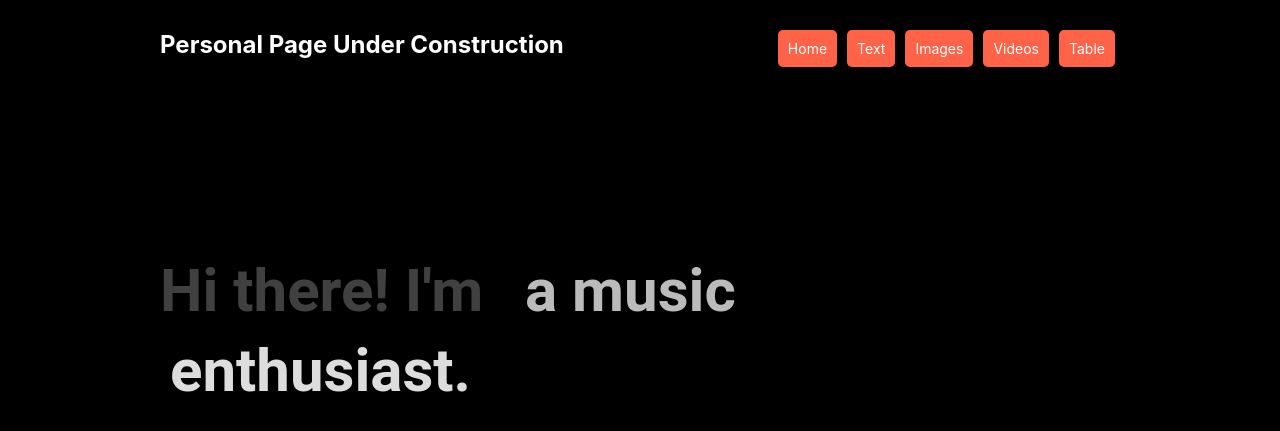
Repository: luhan68/personal_website
Page: index.html
An editor plug-in stored every save of this project. The page is shown before and after the next save, followed by the edit.
The browser window is 1280 px wide. The pictures show the whole page.

Above is the page before, as saved 2021-01-30 12:31:06.

### index.html
<div class="container">
    <link href='style.css' rel='stylesheet' type='text/css'>
    <div class="nav">
        <div class="nav-bar">
            <ul>
                <li><a href="index.html">Home</a></li>
                <li><a href="text.html">Text</a></li>
                <li><a href="image.html">Images</a></li>
                <li><a href="video.html">Videos</a></li>
                <li><a href="table.html">Table</a></li>
            </ul>

        </div>
    </div>

    <h2 class="title">Personal Page Under Construction</h2>

<!-- Here for the design idea, I referred to Paul's cool animation design on codepen and fixed a few display width bugs: https://codepen.io/paulvddool/pen/yYeeVE -->

    <div id="container">
        <div id="text">
            <h1 class="gray">Hi there! I'm</h1>
        </div>
        <div id="first">
            <ul>
                <li><h1 class="silver">Lu.</h1></li>
                <li><h1 class="lightgray">a music</h1></li>
                <li><h1 class="lightgray">a user -</h1></li>
            </ul>
        </div>
        <div id="second">
            <ul>
                <li><h1 class="lightergray">enthusiast.</h1></li>
                <li><h1 class="lightergray">composer.</h1></li>
                <li><h1 class="lightergray">panist.</h1></li>
                <li><h1 class="lightergray">DJ.</h1></li>
                <li><h1 class="lightergray">story lover.</h1></li>
                <li><h1 class="lightergray">designer.</h1></li>
            </ul>
        </div>
    </div>

</div>



<div id="fb-root"></div>
<script async defer crossorigin="anonymous" src="https://connect.facebook.net/en_US/sdk.js#xfbml=1&version=v6.0&appId=2126666884255373&autoLogAppEvents=1"></script>

### style.css
* {
    margin: 0;
    padding: 0;
}

body  {
    background-color: black;
    color: white;
    font-family: -apple-system, BlinkMacSystemFont, 'Segoe UI', Roboto, Oxygen, Ubuntu, Cantarell, 'Open Sans', 'Helvetica Neue', sans-serif;
}

.container {
    width: 75vw;
    margin: 0 auto;
    margin-top: 10px;

}

.nav {
    width: 100%;
}

.logo {
    float: left;
    width: 120px;
  margin: 0;
  padding: 0;
}

.nav-bar {
    float: right;
}

.nav-bar ul li {
    float: left;
    list-style-type: none;
    padding: 10px;
    margin: 0 5px;
    background-color: tomato;
    font-size: 14px;
    border-radius: 5px;

    transition: all 0.5s ease-out;
}

.nav-bar ul li:hover {
    background-color: wheat;
}

a {
    color: white;
    text-decoration: none;
}


.title {
text-align: left;
margin: 30px 0;
}

.myVideo {
text-align: center;
}

.myVideo iframe {
margin: 20px 20px;
}

.fb-like {
margin-bottom: 30px;
}

.footer {
width: 100%;
background-color: #333;
text-align: center;
padding: 20px 0;
margin-top: 50px;
}


input[type=text], select, textarea {
    width: 100%; /* Full width */
    padding: 12px; /* Some padding */
    border: 1px solid #ccc; /* Gray border */
    border-radius: 4px; /* Rounded borders */
    box-sizing: border-box; /* Make sure that padding and width stays in place */
    margin-top: 6px; /* Add a top margin */
    margin-bottom: 16px; /* Bottom margin */
    resize: vertical /* Allow the user to vertically resize the textarea (not horizontally) */
  }

  input[type=submit] {
    background-color: #a73012;
    color: white;
    padding: 12px 20px;
    border: none;
    border-radius: 4px;
    cursor: pointer;
  }

  input[type=submit]:hover {
    background-color: #d10c0c;
  }


  .myGallery {
    display: grid;
    grid-gap: 20px;
    grid-template-columns: repeat(auto-fit, minmax(175px, 1fr));
  }

  .myGallery img {
    width: 100%;
  }


table {
    font-family: Arial, Helvetica, sans-serif;
    border-collapse: collapse;
    width: 100%;
  }

table td, table th {
    border: 1px solid rgb(34, 33, 33);
    padding: 8px;
  }

table tr:nth-child(even){background-color: #110f0f;}

table tr:hover {background-color: rgb(46, 43, 43);}

table th {
    padding-top: 12px;
    padding-bottom: 12px;
    text-align: left;
    background-color: #350901;
    color: white;
  }


  p,
label {
    font: 1rem 'Fira Sans', sans-serif;
}

input {
    margin: .4rem;
}


/* I refer to Paul's cool animation design on codepen and fix a few display width bugs: https://codepen.io/paulvddool/pen/yYeeVE */

#container {
	display: block;
	margin: 20% auto;
	height: 80px;
	width: auto;
}
@media screen and (max-width: 1080px) {
	#container {
		box-sizing: border-box;
		-moz-box-sizing: border-box;
		padding: 0px;
		width: 100%;
	}
}
@keyframes animateOnce {
	0% { transform: translateY(80px); -webkit-transform: translateY(80px); -moz-transform: translateY(80px); }
	100% { transform: translateY(0px); -webkit-transform: translateY(0px); -moz-transform: translateY(0px); }
}
@-webkit-keyframes animateOnce {
	0% { transform: translateY(80px); -webkit-transform: translateY(80px); -moz-transform: translateY(80px); }
	100% { transform: translateY(0px); -webkit-transform: translateY(0px); -moz-transform: translateY(0px); }
}
#text {
	width: 355px;
	height: 80px;
	float: left;
	overflow: hidden;
}
#text h1 {
	animation: animateOnce 0.2s;
	-webkit-animation: animateOnce 0.2s;
}
@keyframes animateFirst {
	0% { transform: translateY(80px); -webkit-transform: translateY(80px); -moz-transform:translateY(80px); }
	1% { transform: translateY(0px); -webkit-transform: translateY(0px); -moz-transform:translateY(0px); }
	14% { transform: translateY(0px); -webkit-transform: translateY(0px); -moz-transform:translateY(0px); }
	15% { transform: translateY(-80px); -webkit-transform: translateY(-80px); -moz-transform:translateY(-80px); }
	70% { transform: translateY(-80px); -webkit-transform: translateY(-80px); -moz-transform:translateY(-80px); }
	71% { transform: translateY(-160px); -webkit-transform: translateY(-160px); -moz-transform:translateY(-160px); }
	99% { transform: translateY(-160px); -webkit-transform: translateY(-160px); -moz-transform:translateY(-160px); }
	100% { transform: translateY(-240px); -webkit-transform: translateY(-240px); -moz-transform:translateY(-240px); }
}
@-webkit-keyframes animateFirst {
	0% { transform: translateY(80px); -webkit-transform: translateY(80px); -moz-transform:translateY(80px); }
	1% { transform: translateY(0px); -webkit-transform: translateY(0px); -moz-transform:translateY(0px); }
	14% { transform: translateY(0px); -webkit-transform: translateY(0px); -moz-transform:translateY(0px); }
	15% { transform: translateY(-80px); -webkit-transform: translateY(-80px); -moz-transform:translateY(-80px); }
	70% { transform: translateY(-80px); -webkit-transform: translateY(-80px); -moz-transform:translateY(-80px); }
	71% { transform: translateY(-160px); -webkit-transform: translateY(-160px); -moz-transform:translateY(-160px); }
	99% { transform: translateY(-160px); -webkit-transform: translateY(-160px); -moz-transform:translateY(-160px); }
	100% { transform: translateY(-240px); -webkit-transform: translateY(-240px); -moz-transform:translateY(-240px); }
}
@keyframes animateSecond {
	0% { transform: translateY(80px); -webkit-transform: translateY(80px); -moz-transform: translateY(80px); }
	14% { transform: translateY(80px); -webkit-transform: translateY(80px); -moz-transform: translateY(80px); }
	15% { transform: translateY(0px); -webkit-transform: translateY(0px); -moz-transform: translateY(0px); }
	29% { transform: translateY(0px); -webkit-transform: translateY(0px); -moz-transform: translateY(0px); }
	30% { transform: translateY(-80px); -webkit-transform: translateY(-80px); -moz-transform: translateY(-80px); }
	44% { transform: translateY(-80px); -webkit-transform: translateY(-80px); -moz-transform: translateY(-80px); }
	45% { transform: translateY(-160px); -webkit-transform: translateY(-160px); -moz-transform: translateY(-160px); }
	59% { transform: translateY(-160px); -webkit-transform: translateY(-160px); -moz-transform: translateY(-160px); }
	60% { transform: translateY(-240px); -webkit-transform: translateY(-240px); -moz-transform: translateY(-240px); }
	70% { transform: translateY(-240px); -webkit-transform: translateY(-240px); -moz-transform: translateY(-240px); }
	71% { transform: translateY(-320px); -webkit-transform: translateY(-320px); -moz-transform: translateY(-320px); }
	85% { transform: translateY(-320px); -webkit-transform: translateY(-320px); -moz-transform: translateY(-320px); }
	86% { transform: translateY(-400px); -webkit-transform: translateY(-400px); -moz-transform: translateY(-400px); }
	99% { transform: translateY(-400px); -webkit-transform: translateY(-400px); -moz-transform: translateY(-400px); }
	100% { transform: translateY(-480px); -webkit-transform: translateY(-480px); -moz-transform: translateY(-480px); }
}
@-webkit-keyframes animateSecond {
	0% { transform: translateY(80px); -webkit-transform: translateY(80px); -moz-transform: translateY(80px); }
	14% { transform: translateY(80px); -webkit-transform: translateY(80px); -moz-transform: translateY(80px); }
	15% { transform: translateY(0px); -webkit-transform: translateY(0px); -moz-transform: translateY(0px); }
	29% { transform: translateY(0px); -webkit-transform: translateY(0px); -moz-transform: translateY(0px); }
	30% { transform: translateY(-80px); -webkit-transform: translateY(-80px); -moz-transform: translateY(-80px); }
	44% { transform: translateY(-80px); -webkit-transform: translateY(-80px); -moz-transform: translateY(-80px); }
	45% { transform: translateY(-160px); -webkit-transform: translateY(-160px); -moz-transform: translateY(-160px); }
	59% { transform: translateY(-160px); -webkit-transform: translateY(-160px); -moz-transform: translateY(-160px); }
	60% { transform: translateY(-240px); -webkit-transform: translateY(-240px); -moz-transform: translateY(-240px); }
	70% { transform: translateY(-240px); -webkit-transform: translateY(-240px); -moz-transform: translateY(-240px); }
	71% { transform: translateY(-320px); -webkit-transform: translateY(-320px); -moz-transform: translateY(-320px); }
	85% { transform: translateY(-320px); -webkit-transform: translateY(-320px); -moz-transform: translateY(-320px); }
	86% { transform: translateY(-400px); -webkit-transform: translateY(-400px); -moz-transform: translateY(-400px); }
	99% { transform: translateY(-400px); -webkit-transform: translateY(-400px); -moz-transform: translateY(-400px); }
	100% { transform: translateY(-480px); -webkit-transfo	m: translateY(-480px); -moz-transform: translateY(-480px); }
}
#first {
	height: 80px;
	float: left;
	margin-left: 10px;
	overflow: hidden;
}
#first ul {
	width: 230px;
	list-style: none;
	margin: 0;
	padding: 0;
	animation: animateFirst 21s infinite;
	-webkit-animation: animateFirst 21s infinite;
}

#second {
	height: 80px;
	float: left;
	margin-left: 10px;
	overflow: hidden;
}
#second ul {
	width: 600px;
	list-style: none;
	margin: 0;
	padding: 0;
	animation: animateSecond 21s infinite;
	-webkit-animation: animateSecond 21s infinite;
}

h1 {
	font-family: 'Roboto', 'Helvetica Neue', Helvetica, Arial;
	font-size: 60px;
	font-weight: 700;
	line-height: 80px;
	margin: 0px;
}
.gray {
	color: #404040;
}
.silver {
	color: #909090;
}
.lightgray {
	color: #BBB;
}
.lightergray {
	color: #DDD;
}

After the next save:
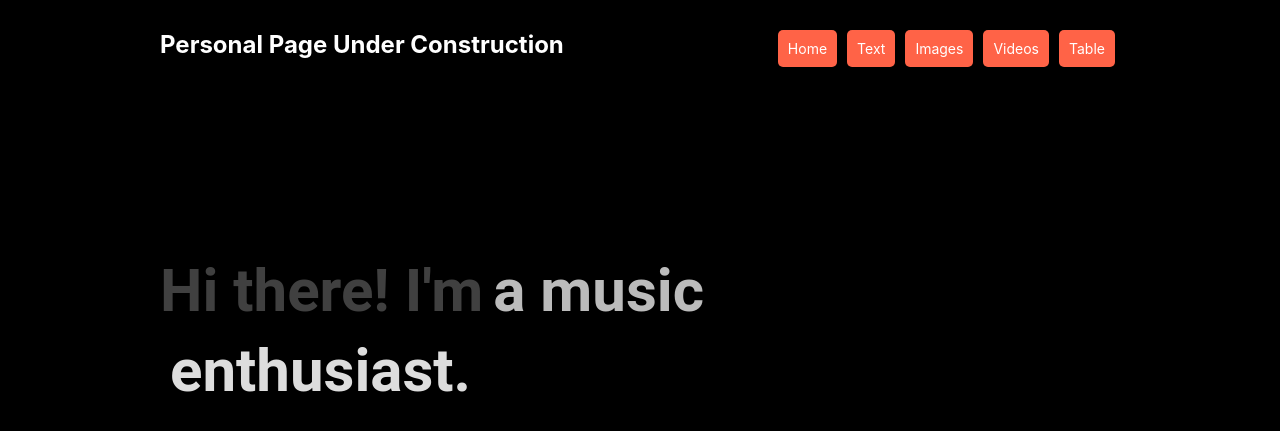
Saved 46 s later.
--- a/style.css
+++ b/style.css
@@ -174,7 +174,7 @@ input {
 	100% { transform: translateY(0px); -webkit-transform: translateY(0px); -moz-transform: translateY(0px); }
 }
 #text {
-	width: 355px;
+	width: auto;
 	height: 80px;
 	float: left;
 	overflow: hidden;
